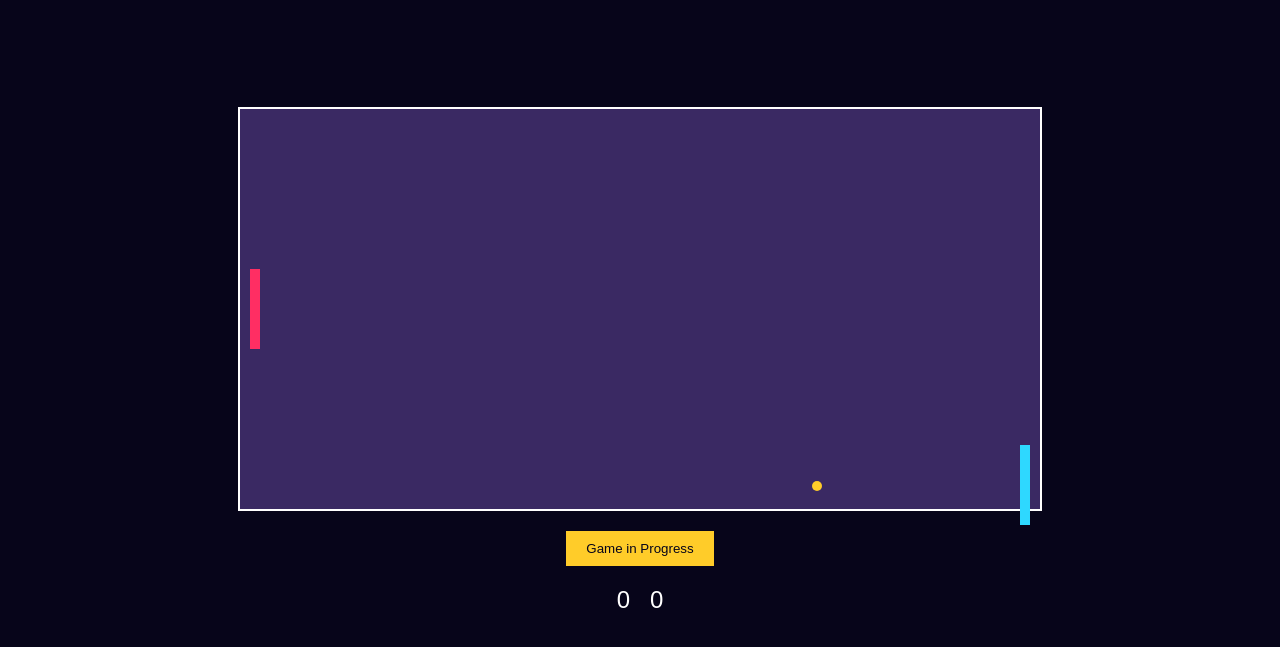
Repository: SiPilip/PingPong-basicJS
Page: index.html
An editor plug-in stored every save of this project. The page is shown before and after the next save, followed by the edit.
The browser window is 1280 px wide. The pictures show the whole page.
After loading, the first visible `#start-button` was clicked once.

Above is the page before, as saved 2023-05-30 10:56:15.
Console error: ReferenceError: startGame is not defined

### index.html
<!DOCTYPE html>
<html>

<head>
    <title>Ping Pong Game</title>
    <link rel="stylesheet" href="style.css">
</head>

<body>
    <div class="loading-screen" id="loading-screen">
        <span class="loading-text">Sipilip Projects</span>
    </div>

    <div class="game-container">
        <div id="pong">
            <div id="paddleA"></div>
            <div id="paddleB"></div>
            <div id="ball"></div>
        </div>
        <button id="start-button">Start Game</button>
        <div id="scoreboard">
            <span id="playerA-score">0</span>
            <span id="playerB-score">0</span>
        </div>
    </div>
    <script src="script.js"></script>
</body>

</html>

### style.css
body {
  background-color: #07051a;
  color: #fff;
  font-family: Arial, sans-serif;
  margin: 0;
  padding: 0;
  display: flex;
  justify-content: center;
  align-items: center;
  height: 100vh;
}

.game-container {
  display: flex;
  flex-direction: column;
  align-items: center;
}

#pong {
  position: relative;
  background-color: #3a2963;
  width: 800px;
  height: 400px;
  border: 2px solid #fff;
  display: flex;
  justify-content: center;
  align-items: center;
}

#paddleA,
#paddleB {
  position: absolute;
  width: 10px;
  height: 80px;
  background-color: #fff;
}

#paddleA {
  left: 10px;
  background-color: #ff2e63;
}

#paddleB {
  right: 10px;
  background-color: #2ed8ff;
}

#ball {
  position: absolute;
  background-color: #ffcc29;
  width: 10px;
  height: 10px;
  border-radius: 50%;
}

#start-button {
  background-color: #ffcc29;
  color: #07051a;
  border: none;
  padding: 10px 20px;
  margin-top: 20px;
  cursor: pointer;
}

#scoreboard {
  display: flex;
  justify-content: center;
  margin-top: 20px;
}

#scoreboard span {
  margin: 0 10px;
  font-size: 24px;
  color: #fff;
}

.loading-screen {
  position: absolute;
  top: 0;
  left: 0;
  width: 100%;
  height: 100%;
  background-color: #07051a;
  display: flex;
  justify-content: center;
  align-items: center;
  z-index: 9999;
}

.loading-text {
  color: #fff;
  font-size: 24px;
  font-weight: bold;
}

@keyframes fadeOut {
  0% {
    opacity: 1;
  }
  100% {
    opacity: 0;
  }
}

### script.js
document.addEventListener("DOMContentLoaded", () => {
  const pong = document.getElementById("pong");
  const paddleA = document.getElementById("paddleA");
  const paddleB = document.getElementById("paddleB");
  const ball = document.getElementById("ball");
  const startButton = document.getElementById("start-button");
  const playerAScore = document.getElementById("playerA-score");
  const playerBScore = document.getElementById("playerB-score");

  let paddleA_Y = 160; // Posisi awal paddle A
  let paddleB_Y = 160; // Posisi awal paddle B
  let ball_X = 390; // Posisi awal bola X
  let ball_Y = 190; // Posisi awal bola Y
  let speed_X = 2; // Kecepatan horizontal bola
  let speed_Y = 2; // Kecepatan vertikal bola
  let playerAScoreValue = 0;
  let playerBScoreValue = 0;
  let isGameRunning = false;

  function update() {
    // Menggerakkan paddle A dan B
    paddleA.style.top = paddleA_Y + "px";
    paddleB.style.top = paddleB_Y + "px";

    // Menggerakkan bola
    ball_X += speed_X;
    ball_Y += speed_Y;
    ball.style.left = ball_X + "px";
    ball.style.top = ball_Y + "px";

    // Mengecek tumbukan bola dengan dinding atas/bawah
    if (ball_Y > 385 || ball_Y < 0) {
      speed_Y *= -1;
    }

    // Mengecek tumbukan bola dengan paddle A
    if (
      ball_X <= 20 && // Bola berada di sebelah kiri paddle A
      ball_Y + 10 >= paddleA_Y && // Bola berada di bawah paddle A
      ball_Y <= paddleA_Y + 80 // Bola berada di atas paddle A
    ) {
      speed_X *= -1;
    }

    // Mengecek tumbukan bola dengan paddle B
    if (
      ball_X >= 770 && // Bola berada di sebelah kanan paddle B
      ball_Y + 10 >= paddleB_Y && // Bola berada di bawah paddle B
      ball_Y <= paddleB_Y + 80 // Bola berada di atas paddle B
    ) {
      speed_X *= -1;
    }

    // Mengecek gol
    if (ball_X <= 0) {
      playerBScoreValue++;
      resetGame();
    } else if (ball_X >= 790) {
      playerAScoreValue++;
      resetGame();
    }

    // Update skor pada tampilan
    playerAScore.textContent = playerAScoreValue;
    playerBScore.textContent = playerBScoreValue;

    // Melanjutkan permainan jika masih berjalan
    if (isGameRunning) {
      requestAnimationFrame(update);
    }
  }

  function resetGame() {
    ball_X = 390;
    ball_Y = 190;
    speed_X *= -1;
    paddleA_Y = 160;
    paddleB_Y = 160;

    // Menghentikan permainan untuk sementara waktu
    isGameRunning = false;
    startButton.disabled = false;
    startButton.textContent = "Start Game";
  }

  function startGame() {
    isGameRunning = true;
    startButton.disabled = true;
    startButton.textContent = "Game in Progress";
    update();
  }

  // Menggerakkan paddle A sesuai dengan posisi mouse
  pong.addEventListener("mousemove", (e) => {
    paddleA_Y = e.clientY - pong.offsetTop - 40;
  });

  // Menggerakkan paddle B secara otomatis
  function autoMovePaddleB() {
    const ballCenter = ball_Y + 5;
    if (ballCenter > paddleB_Y + 40) {
      paddleB_Y += 2;
    } else if (ballCenter < paddleB_Y + 40) {
      paddleB_Y -= 2;
    }
  }

  // Memulai permainan saat tombol "Start Game" ditekan
  startButton.addEventListener("click", startGame);

  // Menggerakkan paddle B secara otomatis setiap 10 milidetik
  setInterval(autoMovePaddleB, 10);
});

document.addEventListener("DOMContentLoaded", () => {
  const pong = document.getElementById("pong");
  const loadingScreen = document.getElementById("loading-screen");
  const startButton = document.getElementById("start-button");

  // Tampilkan layar loading selama 3 detik
  setTimeout(() => {
    loadingScreen.style.animation = "fadeOut 1s forwards";
    startButton.disabled = false;
    startButton.textContent = "Start Game";
  }, 1000);

  // Memulai permainan saat tombol "Start Game" ditekan
  startButton.addEventListener("click", startGame);
});

After the next save:
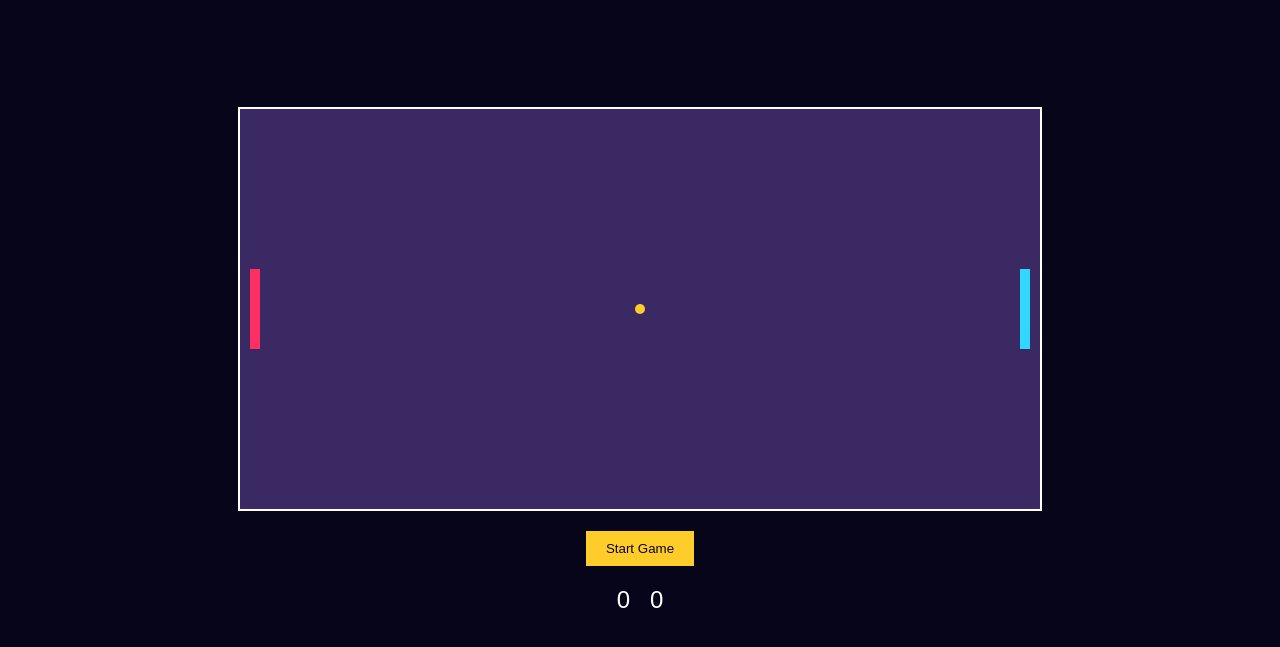
Saved 113 s later.
--- a/script.js
+++ b/script.js
@@ -120,7 +120,7 @@
   // Tampilkan layar loading selama 3 detik
   setTimeout(() => {
     loadingScreen.style.animation = "fadeOut 1s forwards";
-    startButton.disabled = false;
+    startButton.disabled = true;
     startButton.textContent = "Start Game";
   }, 1000);
 

After the save that followed:
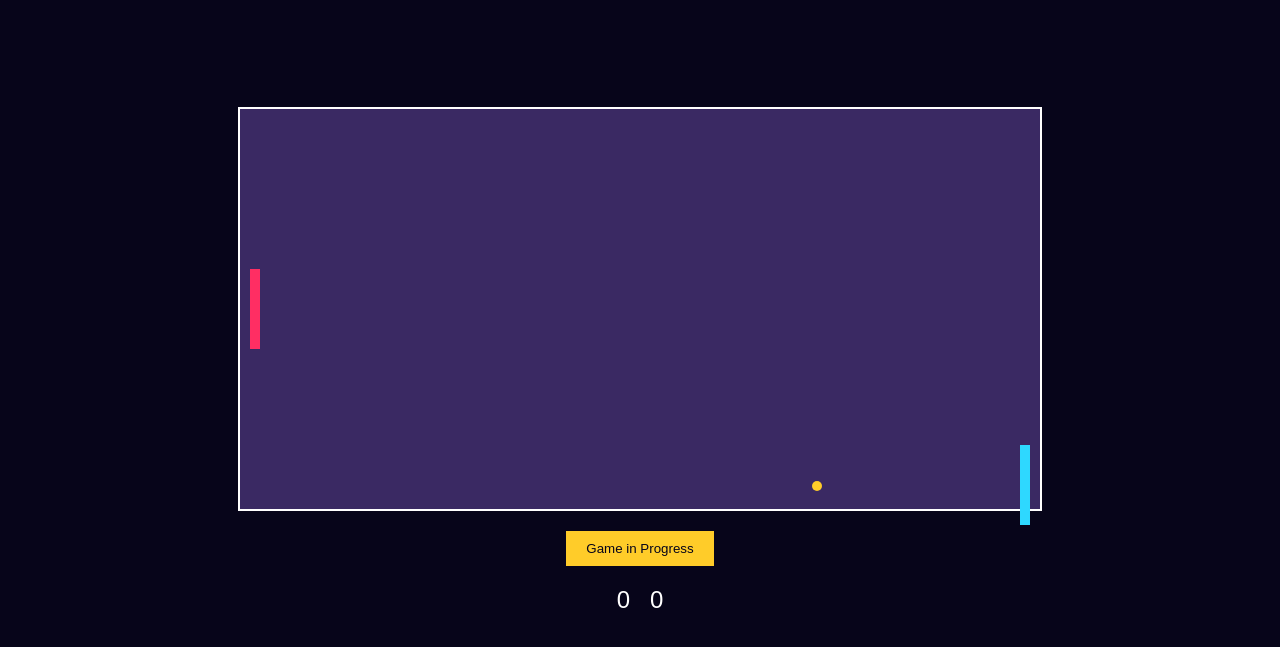
Saved 10 s later.
--- a/script.js
+++ b/script.js
@@ -1,3 +1,19 @@
+document.addEventListener("DOMContentLoaded", () => {
+  const pong = document.getElementById("pong");
+  const loadingScreen = document.getElementById("loading-screen");
+  const startButton = document.getElementById("start-button");
+
+  // Tampilkan layar loading selama 3 detik
+  setTimeout(() => {
+    loadingScreen.style.animation = "fadeOut 1s forwards";
+    startButton.disabled = false;
+    startButton.textContent = "Start Game";
+  }, 1000);
+
+  // Memulai permainan saat tombol "Start Game" ditekan
+  startButton.addEventListener("click", startGame);
+});
+
 document.addEventListener("DOMContentLoaded", () => {
   const pong = document.getElementById("pong");
   const paddleA = document.getElementById("paddleA");
@@ -111,19 +127,3 @@
   // Menggerakkan paddle B secara otomatis setiap 10 milidetik
   setInterval(autoMovePaddleB, 10);
 });
-
-document.addEventListener("DOMContentLoaded", () => {
-  const pong = document.getElementById("pong");
-  const loadingScreen = document.getElementById("loading-screen");
-  const startButton = document.getElementById("start-button");
-
-  // Tampilkan layar loading selama 3 detik
-  setTimeout(() => {
-    loadingScreen.style.animation = "fadeOut 1s forwards";
-    startButton.disabled = true;
-    startButton.textContent = "Start Game";
-  }, 1000);
-
-  // Memulai permainan saat tombol "Start Game" ditekan
-  startButton.addEventListener("click", startGame);
-});
